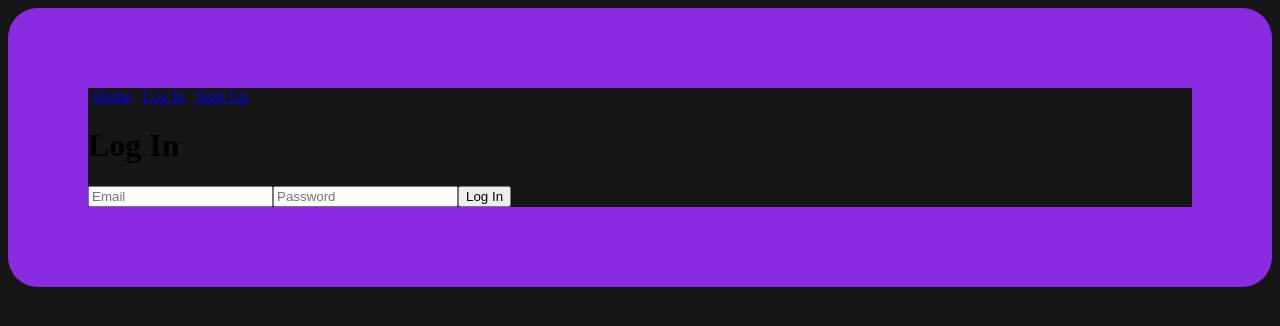
Repository: kaitlynMidori/react-jeopardy-app
Page: /login (app in client/)
An editor plug-in stored every save of this project. The page is shown before and after the next save, followed by the edit.
The browser window is 1280 px wide. The pictures show the whole page.
The project was rebuilt for these pictures with package versions that can differ from the ones it lists, and the page was loaded fresh each time. Also part of the build but not shown: client/src/views/LogOut.jsx, client/src/views/SignUp.jsx, client/src/components/PracticeCard/PracticeCard.js, client/src/utils/API.js, client/src/views/Practice.jsx, client/src/components/Container/Container.js, client/src/components/PlayerScore/PlayerScore.js, client/src/components/CategoryCard/style.css and 14 more.

Above is the page before, as saved 2021-03-23 16:42:37.

After the next save:
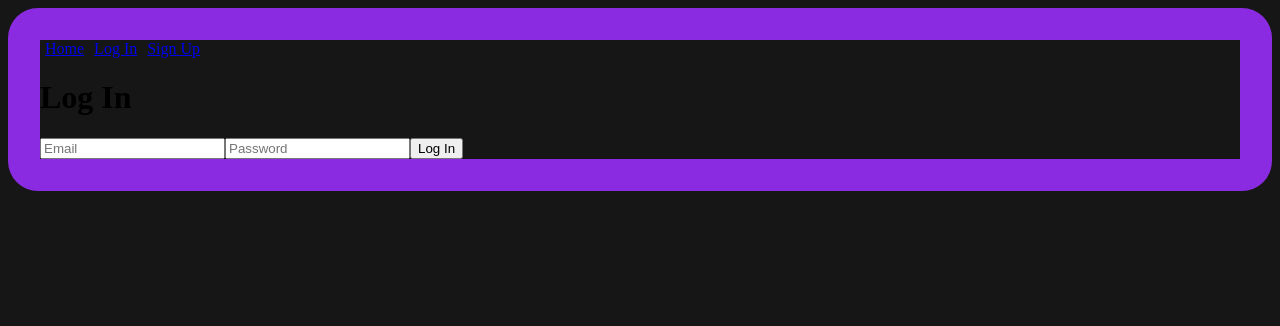
Saved 113 s later.
--- a/client/src/views/style.css
+++ b/client/src/views/style.css
@@ -2,7 +2,7 @@ body {
     background-color: rgb(23, 22, 22);
     border-style: solid;
     border-radius: 30px;
-    border-width: 5em;
+    border-width: 2em;
     border-color: blueviolet;
 }
 
